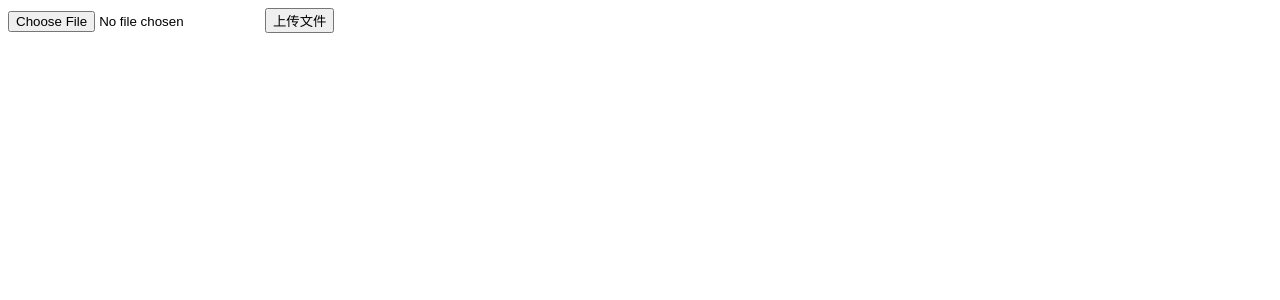
Repository: R1Deemo/ajax
Page: 使用jQuery实现文件上传.html
These files come from the project's save history. The page is drawn as it stood at one moment and after the next save; the edit follows.
The browser window is 1280 px wide. The pictures show the whole page.

Above is the page before, as saved 2022-10-27 18:50:28.

### 使用jQuery实现文件上传.html
<!DOCTYPE html>
<html lang="en">

<head>
    <meta charset="UTF-8">
    <meta http-equiv="X-UA-Compatible" content="IE=edge">
    <meta name="viewport" content="width=device-width, initial-scale=1.0">
    <title>Document</title>
    <script src="./lib/jquery.js"></script>
</head>

<body>
    <input type="file" id="file1" />
    <button id="btnUpload">上传文件</button>
    <script>
        $(function() {
            $('#btnUpload').on('click', function() {
                var files = $('#file1')[0].files
                if (files.length <= 0) {
                    return alert('请选择文件后上传')
                }
                // console.log('ok')
                var fd = new FormData()
                fd.append('avatar', files[0])
                $.ajax({
                    method: 'post',
                    url: 'http://www.liulongbin.top:3006/api/upload/avatar',
                    data: fd,
                    contentType: false,
                    processData: false,
                    success: function(res) {
                        console.log(res)
                    }
                })
            })
        })
    </script>
</body>


</html>

Loaded but not shown: lib/jquery.js (library)

After the next save:
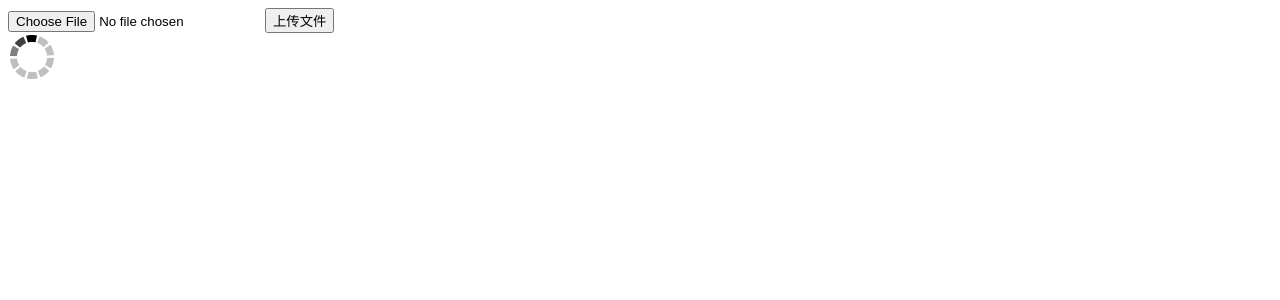
Saved 2 min 50 s later.
--- a/使用jQuery实现文件上传.html
+++ b/使用jQuery实现文件上传.html
@@ -12,6 +12,8 @@
 <body>
     <input type="file" id="file1" />
     <button id="btnUpload">上传文件</button>
+    <br />
+    <img src="./images/loading.gif" alt="">
     <script>
         $(function() {
             $('#btnUpload').on('click', function() {

After the save that followed:
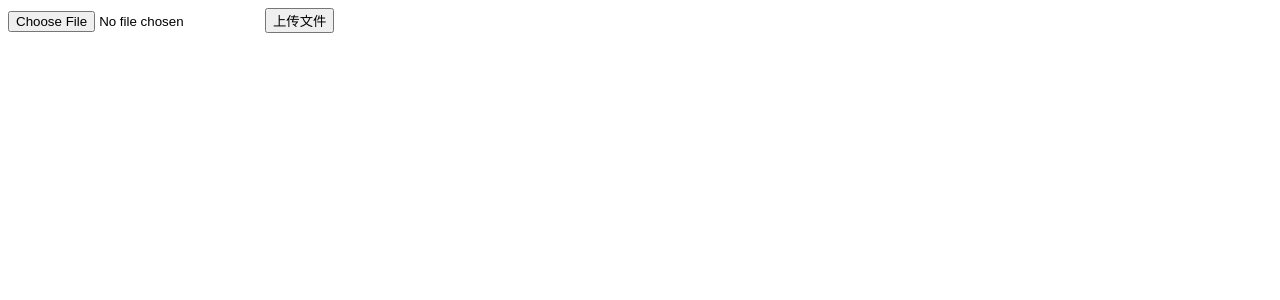
Console error: SyntaxError: Unexpected token '{'
Saved 104 s later.
--- a/使用jQuery实现文件上传.html
+++ b/使用jQuery实现文件上传.html
@@ -13,9 +13,15 @@
     <input type="file" id="file1" />
     <button id="btnUpload">上传文件</button>
     <br />
-    <img src="./images/loading.gif" alt="">
+    <img src="./images/loading.gif" alt="" id="load" style="display: none;">
     <script>
         $(function() {
+            $(document).ajaxStart() {
+                $('#load').show
+            }
+            $(document).ajaxStop() {
+                $('#load').hide
+            }
             $('#btnUpload').on('click', function() {
                 var files = $('#file1')[0].files
                 if (files.length <= 0) {
